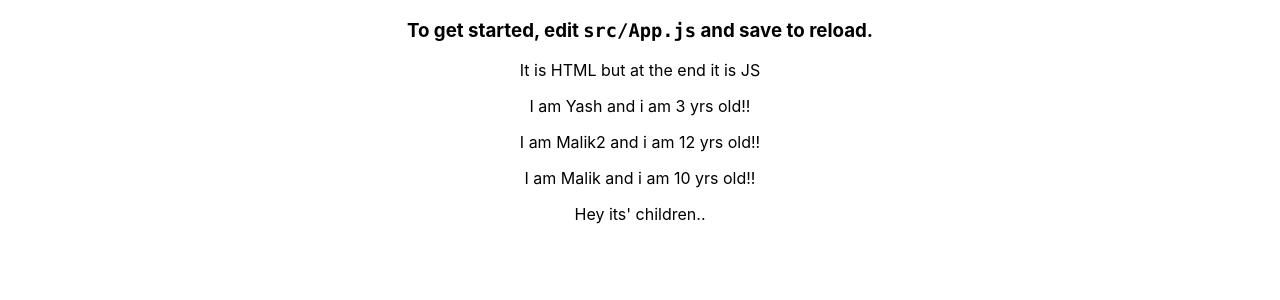
Repository: RohitMalik2/Rohit_react
Page: /
These files come from the project's save history. The page is drawn as it stood at one moment and after the next save; the edit follows.
The browser window is 1280 px wide. The pictures show the whole page.
The project was rebuilt for these pictures with package versions that can differ from the ones it lists, and the page was loaded fresh each time.

Above is the page before, as saved 2019-10-22 23:48:29.

### src/App.js
import React, { Component } from 'react';
import './App.css';
import Person from './Person/Person';

class App extends Component {
  state = {
    persons : [
      {name: 'Yash', age: 3},
      {name: 'Yug', age: 3}
    ]
  }
  render() {
    return (
      <div className="App">
        <h3>
          To get started, edit <code>src/App.js</code> and save to reload.
        </h3>
        <p> It is HTML but at the end it is JS</p>
        <Person name={this.state.persons[0].name} age={this.state.persons[0].age}/>
        <Person name="Malik2" age="12"/>
        <Person name="Malik" age="10">Hey its' children..</Person>
      </div>
    );
    /* return React.createElement('div', {className: 'App'}, React.createElement('h1', null, "Hey whts..up")); */
  }
}

export default App;

### src/Person/Person.js
import React from 'react'; // We need to import react bcz below JSX is converted
// to React element by React only

const person = (props) => {
    return (
       <div>
       <p>I am {props.name}  and i am {props.age} yrs old!!</p>
        <p>{props.children}</p>
       </div>
    );
}
export default person;

Loaded but not shown: public/index.html (common file); src/index.js (common file); src/index.css (common file); src/serviceWorker.js (common file); src/App.css (common file)

After the next save:
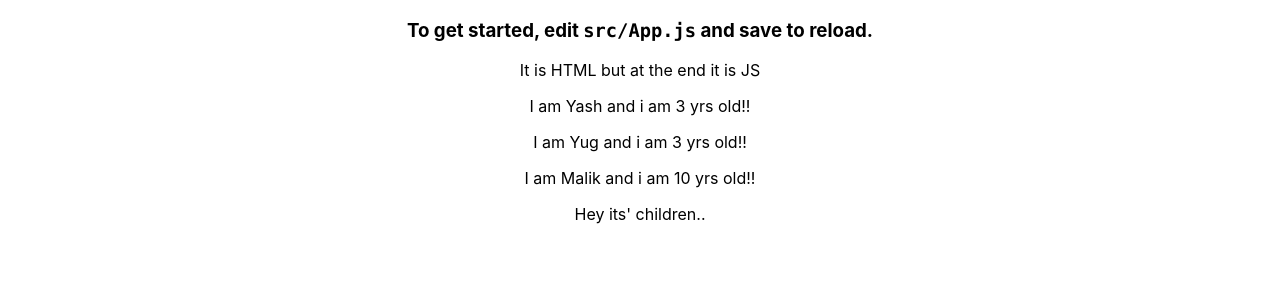
Saved 26 s later.
--- a/src/App.js
+++ b/src/App.js
@@ -17,7 +17,7 @@ class App extends Component {
         </h3>
         <p> It is HTML but at the end it is JS</p>
         <Person name={this.state.persons[0].name} age={this.state.persons[0].age}/>
-        <Person name="Malik2" age="12"/>
+        <Person name={this.state.persons[1].name} age={this.state.persons[1].age}/>
         <Person name="Malik" age="10">Hey its' children..</Person>
       </div>
     );
